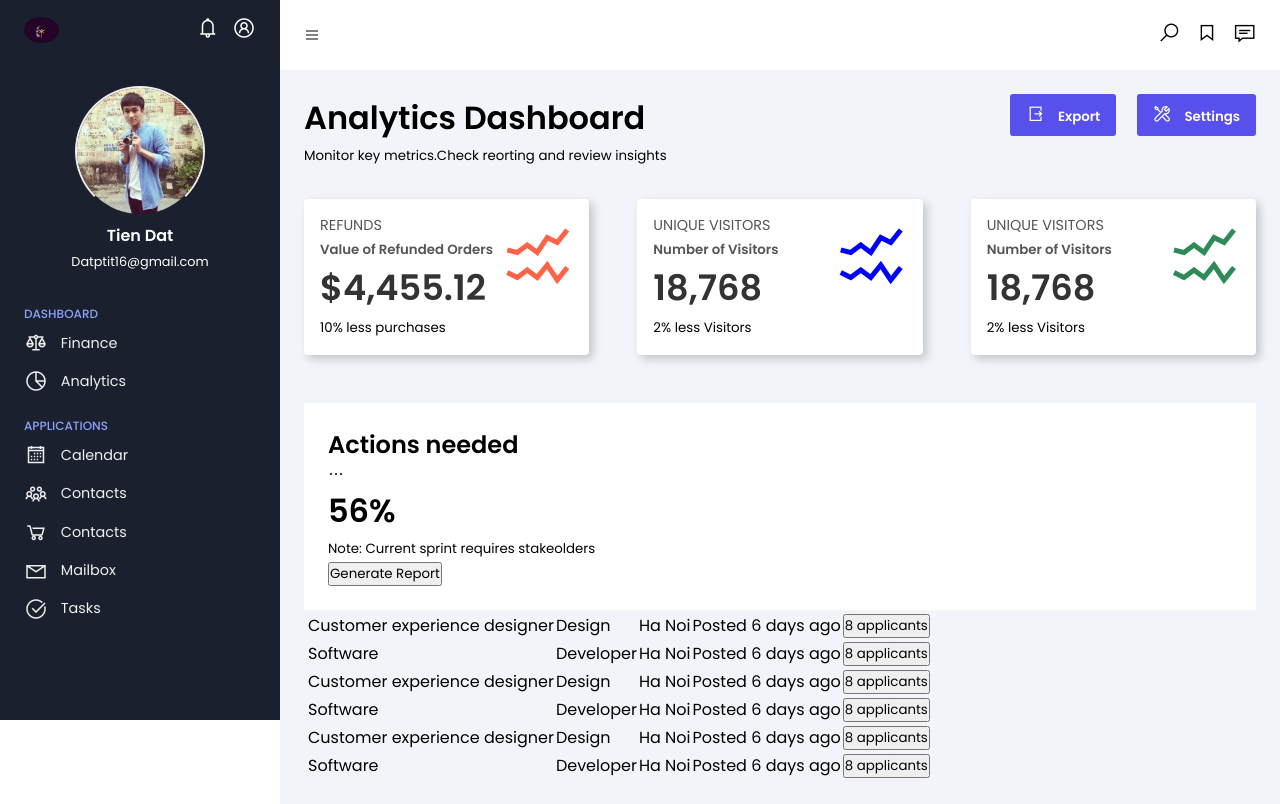
Repository: Datt21/dashboard-fe-project
Page: index.html
An editor plug-in stored every save of this project. The page is shown before and after the next save, followed by the edit.
The browser window is 1280 px wide. The pictures show the whole page.

Above is the page before, as saved 2021-06-08 19:26:34.

### index.html
<!DOCTYPE html>
<html lang="en">
<head>
    <meta charset="UTF-8">
    <meta http-equiv="X-UA-Compatible" content="IE=edge">
    <meta name="viewport" content="width=device-width, initial-scale=1.0 maxium-scale=1.0">

    <!-- =============== UNICONS =================== -->
    <link rel="stylesheet" href="https://maxst.icons8.com/vue-static/landings/line-awesome/line-awesome/1.3.0/css/line-awesome.min.css">
    <!-- =============== GOOGLE FONT =============== -->

    <!-- =============== CSS ================== -->
    <link rel="stylesheet" href="./assets/css/style.css">

    <title>Tien Dat Admin Dashboard</title>

</head>
<body>
    <!-- ========== SIDEBAR======== -->
    <div class="sidebar">
    <!-- brand -->
         <div class="sidebar__brand">
             <div class="brand__flex">
                 <img src="./img/loGO1.jpg" width="35px" alt="">

                 <div class="brand__icons">
                     <span class="las la-bell"></span>
                     <span class="las la-user-circle"></span>
                 </div>
             </div>
         </div>
    <!-- main -->
         <div class="sidebar__main">
             <div class="sidebar__user">
                 <img src="./img/119942988_206292647508421_8132941228799644311_n.jpg" alt="">
                 <div>
                     <h3> Tien Dat</h3>
                     <span> Datptit16@gmail.com</span>
                 </div>
             </div>
             <div class="sidebar__menu">
                 <div class="menu-head">
                     <span> Dashboard</span>
                 </div>
                 <ul>
                     <li>
                         <a href="">
                         <span class="las la-balance-scale"></span>
                        Finance
                        </a>
                    </li>
                     <li>
                         <a href=""><span class="las la-chart-pie"></span>
                        Analytics
                         </a>
                    </li>
                 </ul>

                 <div class="menu-head">
                    <span> Applications</span>
                </div>
                <ul>
                    <li>
                        <a href="">
                        <span class="las la-calendar"></span>
                       Calendar
                       </a>
                   </li>
                    <li>
                        <a href=""><span class="las la-users"></span>
                       Contacts
                        </a>
                   </li>
                    <li>
                        <a href=""><span class="las la-shopping-cart"></span>
                       Contacts
                        </a>
                   </li>
                    <li>
                        <a href=""><span class="las la-envelope"></span>
                       Mailbox
                        </a>
                   </li>
                    <li>
                        <a href=""><span class="las la-check-circle"></span>
                       Tasks
                        </a>
                   </li>
                </ul>
             </div>
         </div>
    </div>

    <!-- ================== MAIN CONTENT===================== -->
    <div class="main__content">
        <header>
            <div class="menu__toggle">
                <lable for="">
                    <span class="las la-bars"></span>
                </lable>
            </div>

            <div class="hearder__icons">
                <span class="las la-search"></span>
                <span class="las la-bookmark"></span>
                <span class="las la-sms"></span>
            </div>
        </header>

        <main>
            <div class="page__header">
                <div>
                    <h1>Analytics Dashboard</h1>
                    <small>Monitor key metrics.Check reorting and review insights</small>
                </div>

                <div class="header__actions">
                    <button>
                        <span class="las la-file-export"></span>
                        Export
                    </button>
                    <button>
                        <span class="las la-tools"></span>
                        Settings
                    </button>
                </div>
            </div>

            <div class="cards">
                <div class="card__single">
                     <div class="card__flex">
                         <div class="card__info">
                             <div class="card__head">
                                 <span>Refunds</span>
                                 <small>Value of Refunded Orders</small>
                             </div>

                             <h2>$4,455.12</h2>

                             <small>10% less purchases</small>
                         </div>
                         <div class="card-chart sucess">
                             <span class="las la-chart-line"></span>
                         </div>
                     </div>
                </div>

                <div class="card__single">
                     <div class="card__flex">
                         <div class="card__info">
                             <div class="card__head">
                                 <span>Unique Visitors</span>
                                 <small>Number of Visitors</small>
                             </div>

                             <h2>18,768</h2>

                             <small>2% less Visitors</small>
                         </div>
                         <div class="card-chart danger">
                             <span class="las la-chart-line"></span>
                         </div>
                     </div>
                </div>
                <div class="card__single">
                     <div class="card__flex">
                         <div class="card__info">
                             <div class="card__head">
                                 <span>Unique Visitors</span>
                                 <small>Number of Visitors</small>
                             </div>

                             <h2>18,768</h2>

                             <small>2% less Visitors</small>
                         </div>
                         <div class="card-chart yellow">
                             <span class="las la-chart-line"></span>
                         </div>
                     </div>
                </div>
            </div>

            <div class="job__grid">
                <div class="analytics__card">
                        <div class="analytics__head">
                             <h2>Actions needed</h2>

                             <span class="las la-ellipsis-h"></span>
                        </div>

                        <div class="analytics__chart">
                            <div class="chart__circle">
                                <h1>56%</h1>
                            </div>

                            <div class="analytics__note">
                                <small>Note: Current sprint requires stakeolders</small>
                            </div>

                            <div class="analytics__btn">
                                <button>Generate Report</button>
                            </div>
                        </div>
                </div>

                <div class="jobs">
                    <table>
                        <tbody>
                            <tr>
                                <td>
                                    <span class="indicator"></span>
                                </td>
                                <td>Customer experience designer</td>
                                <td>Design</td>
                                <td>Ha Noi</td>
                                <td>Posted 6 days ago</td>
                                <td>
                                    <button>8 applicants</button>
                                </td>
                            </tr>
                            <tr>
                                <td>
                                    <span class="indicator"></span>
                                </td>
                                <td>Software</td>
                                <td>Developer</td>
                                <td>Ha Noi</td>
                                <td>Posted 6 days ago</td>
                                <td>
                                    <button>8 applicants</button>
                                </td>
                            </tr>
                            <tr>
                                <td>
                                    <span class="indicator"></span>
                                </td>
                                <td>Customer experience designer</td>
                                <td>Design</td>
                                <td>Ha Noi</td>
                                <td>Posted 6 days ago</td>
                                <td>
                                    <button>8 applicants</button>
                                </td>
                            </tr>
                            <tr>
                                <td>
                                    <span class="indicator"></span>
                                </td>
                                <td>Software</td>
                                <td>Developer</td>
                                <td>Ha Noi</td>
                                <td>Posted 6 days ago</td>
                                <td>
                                    <button>8 applicants</button>
                                </td>
                            </tr>
                            <tr>
                                <td>
                                    <span class="indicator"></span>
                                </td>
                                <td>Customer experience designer</td>
                                <td>Design</td>
                                <td>Ha Noi</td>
                                <td>Posted 6 days ago</td>
                                <td>
                                    <button>8 applicants</button>
                                </td>
                            </tr>
                            <tr>
                                <td>
                                    <span class="indicator"></span>
                                </td>
                                <td>Software</td>
                                <td>Developer</td>
                                <td>Ha Noi</td>
                                <td>Posted 6 days ago</td>
                                <td>
                                    <button>8 applicants</button>
                                </td>
                            </tr>
                        </tbody>
                    </table>
                </div>
            </div>
        </main>
    </div>
</body>
</html>

### assets/css/style.css
@import url('https://fonts.googleapis.com/css2?family=Poppins:wght@300;400;500;600&display=swap');

:root{
    --color-main: #1a202e;
}

*{
    font-family: 'Poppins', sans-serif ;
    box-sizing: border-box;
    text-decoration: none;
    list-style-type: none;
    margin: 0;
    padding: 0;
}

.sidebar{
    width: 280px;
    position: fixed;
    left: 0;
    top: 0;
    height: 100%;
    padding: 1rem 1.5rem;
    background: var(--color-main);
    color: #fff;
}

.sidebar__brand{
    height: 70px;
}

.brand__flex{
    display: flex;
    justify-content: space-between;
    align-items: center;
}

.brand__flex img{
    border-radius: 50%;
}

.brand__icons span{
    font-size: 1.5rem;
    margin-left: 0.5rem;
}

.sidebar__user{
    margin: 0rem 0rem 1rem 0rem;
    text-align: center;
}

.sidebar__user img{
    width: 130px;
    height: 130px;
    border-radius: 50%;
    border: 2px solid #efefef;
    border-top: 2px solid #efefef;
    border-left: 2px solid #efefef;
    border-right: 2px solid #efefef;
    border-bottom: 2px solid transparent;
}

.sidebar__user h3{
    font-size: 1rem;
}

.sidebar__user span{
    font-size: .8rem;
}

.sidebar__menu {
    margin-top: 2rem;
}

.menu-head {
    text-transform: uppercase;
    color: #8da2fb;
    font-size: .75rem;
    font-weight: 500;
    margin-bottom: 0.5rem;
}

.sidebar__menu ul{
    margin-bottom: 1.5rem;
}

.sidebar__menu li{
    margin-bottom: 0.9rem;

}

.sidebar__menu li a{
    color: #efefef;
    font-size: .9rem;
    display: flex;
    align-items: center;
}

.sidebar__menu li a span{
    font-size: 1.5rem;
    display: inline-block;
    margin-right: 0.8rem;
}



header{
    height: 70px;
    display: flex;
    justify-content: space-between;
    align-items: center;
    padding: 1rem 1.5rem;
}

.menu__toggle label{
    height: 60px;
    width: 60px;
    display: grid;
    place-items: center;
    font-size: 1.5rem;
    border-radius: 50%;
}

.hearder__icons span{
    display: inline-block;
    margin-left: .7rem;
    font-size: 1.4rem;
}

.menu__toggle label:hover {
    background: #efefef;
}

.main__content{
    margin-left: 280px;
}

main {
    padding: 1.5rem;
    background: #f1f5f9;
    min-height: calc(100vh - 70px);
}

.page__header {
    display: flex;
    justify-content: space-between;
}

.header__actions button {
    outline: none;
    background: #5850ec;
    color: #fff;
    border: none;
    padding: .6rem 1rem;
    margin-left: 1rem;
    border-radius: 3px;
    font-weight: 600;
}

.header__actions button span{
    font-size: 1.2rem;
    margin-right: .6rem;

}

.cards{
    display: grid;
    grid-template-columns: repeat(3, 1fr);
    grid-gap : 3rem;
    padding-top: 2rem;
}

.card__single{
    background: #fff;
    padding: 1rem;
    box-shadow: 4px 4px 10px rgba(0,0,0,0.2) ;
    border-radius: 4px;
}

.card__flex{
    display: grid;
    grid-template-columns: 70% auto;
}

.card__head span{
    display: block;
    text-transform: uppercase;
    color: #555;
    font-size: .9rem;
}

.card__head small{
    font-weight: 600;
    color: #555;
}

.card__info h2{
    font-size: 2.2rem;
    color: #333;
}

.card-chart span{
    font-size: 5rem;
}

.card-chart.sucess{
    color: tomato;
}
.card-chart.danger{
    color: blue;
}
.card-chart.yellow{
    color: seagreen;
}

.job__grid{
    margin-top: 3rem;
}

.analytics__card{
    background: #fff;
    padding: 1.5rem;
}

After the next save:
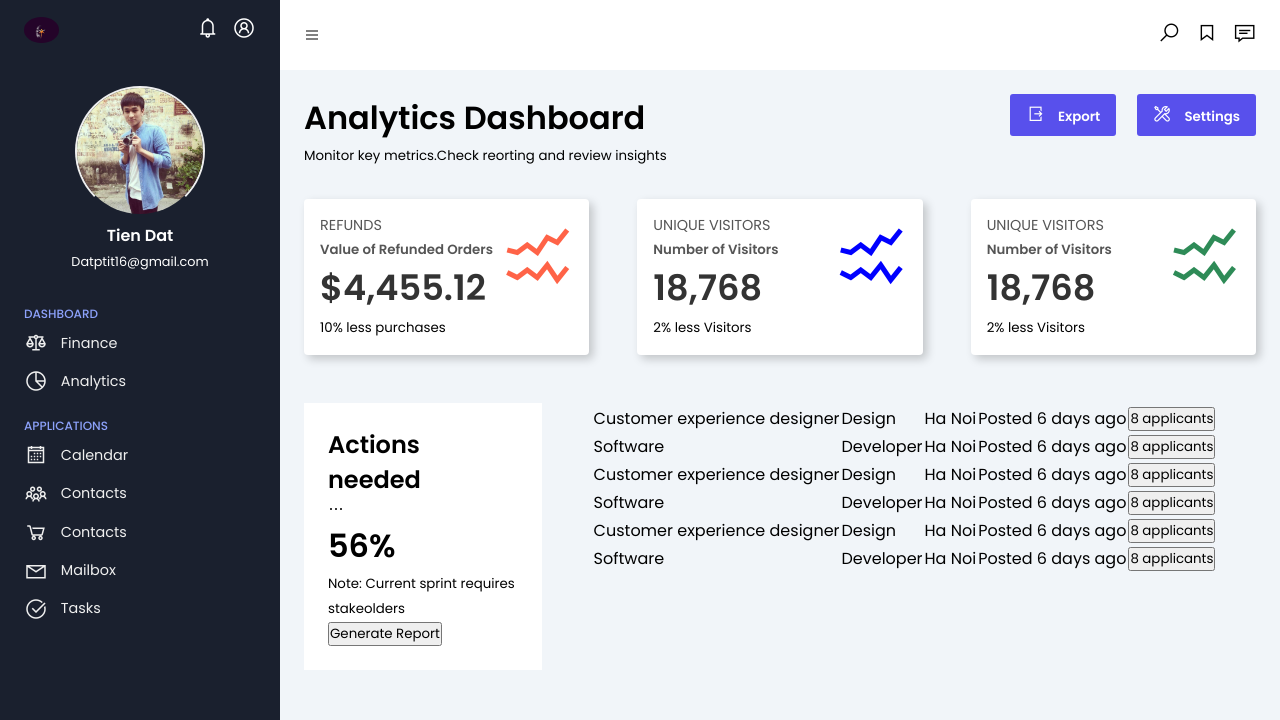
Saved 60 s later.
--- a/assets/css/style.css
+++ b/assets/css/style.css
@@ -214,6 +214,9 @@ main {
 
 .job__grid{
     margin-top: 3rem;
+    display: grid;
+    grid-template-columns: auto 70%;
+    grid-gap: 3rem;
 }
 
 .analytics__card{
